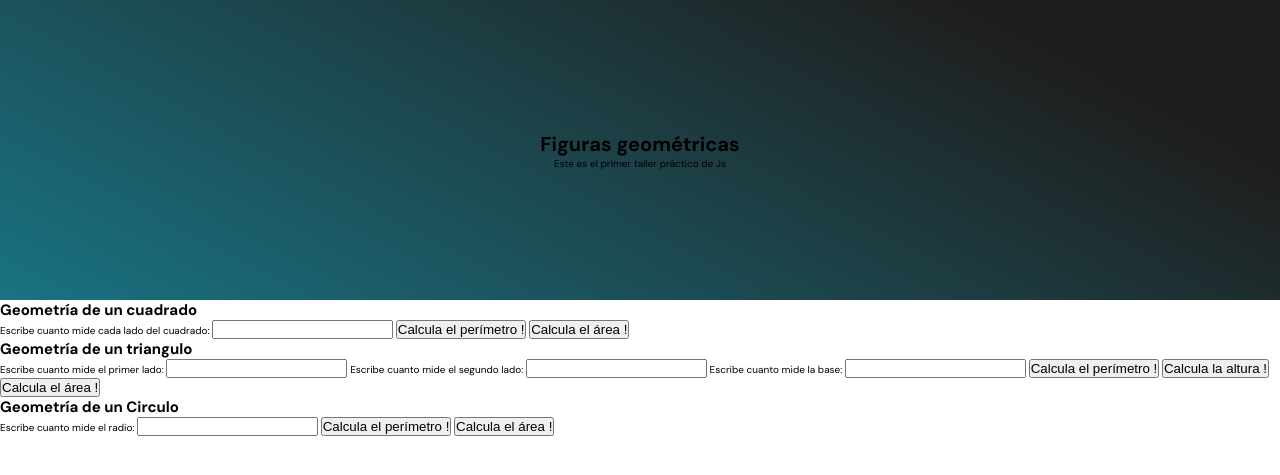
Repository: ChristianGecchelin/javascript-project
Page: javascript-project/figuras-geometricas/figuras.html
These files come from the project's save history. The page is drawn as it stood at one moment and after the next save; the edit follows.
The browser window is 1280 px wide. The pictures show the whole page.

Above is the page before, as saved 2021-12-01 21:20:16.

### javascript-project/figuras-geometricas/figuras.html
<!DOCTYPE html>
<html lang="en">
  <head>
    <meta charset="UTF-8" />
    <meta http-equiv="X-UA-Compatible" content="IE=edge" />
    <meta name="viewport" content="width=device-width, initial-scale=1.0" />
    <title>Figuras geométricas | Proyecto 1</title>
    <link rel="preconnect" href="https://fonts.googleapis.com" />
    <link rel="preconnect" href="https://fonts.gstatic.com" crossorigin />
    <link
      href="https://fonts.googleapis.com/css2?family=DM+Sans:wght@400;500;700&family=Inter:wght@300;500&display=swap"
      rel="stylesheet"
    />
    <link rel="stylesheet" href="./style.css" />
  </head>
  <body>
    <header>
      <div class="header--title-container">
        <h1>Figuras geométricas</h1>
        <p>Este es el primer taller práctico de Js</p>
      </div>
    </header>
    <section>
      <h2>Geometría de un cuadrado</h2>
      <form action="">
        <label for="">Escribe cuanto mide cada lado del cuadrado:</label>
        <input type="number" id="inputCuadrado" />
        <button type="button" onclick="calcularPerimetroCuadrado()">
          Calcula el perímetro !
        </button>
        <button type="button" onclick="calcularAreaCuadrado()">
          Calcula el área !
        </button>
        <!-- type button, para quitarle el submit por defecto y que no me redireccione a ningun lado -->
      </form>
    </section>
    <section>
      <h2>Geometría de un triangulo</h2>
      <form action="">
        <label for="">Escribe cuanto mide el primer lado:</label>
        <input type="number" id="inputLado1" />
        <label for="">Escribe cuanto mide el segundo lado:</label>
        <input type="number" id="inputLado2" />
        <label for="">Escribe cuanto mide la base:</label>
        <input type="number" id="inputBase" />
        <button type="button" onclick="calcularPerimetroTriangulo()">
          Calcula el perímetro !
        </button>
        <button type="button" onclick="calcularAlturaTriangulo()">
          Calcula la altura !
        </button>
        <button type="button" onclick="calcularAreaTriangulo()">
          Calcula el área !
        </button>
        <!-- type button, para quitarle el submit por defecto y que no me redireccione a ningun lado -->
      </form>
    </section>
    <section>
      <h2>Geometría de un Circulo</h2>
      <form action="">
        <label for="">Escribe cuanto mide el radio:</label>
        <input type="number" id="inputRadio" />
        <button type="button" onclick="calcularPerimetroCirculo()">
          Calcula el perímetro !
        </button>
        <button type="button" onclick="calcularAreaCirculo()">
          Calcula el área !
        </button>
        <!-- type button, para quitarle el submit por defecto y que no me redireccione a ningun lado -->
      </form>
    </section>
    <script src="./figurasConFunciones.js"></script>
  </body>
</html>

### javascript-project/figuras-geometricas/style.css
* {
  box-sizing: border-box;
  margin: 0;
  padding: 0;
}
html {
  font-size: 62.5%;
  font-family: "DM Sans", sans-serif;
}
header {
  position: relative;
  display: flex;
  flex-direction: column;
  justify-content: center;
  width: 100%;
  min-width: 320px;
  height: 300px;
  text-align: center;
  background: linear-gradient(207.8deg, #1f1d1c 16.69%, #197383 100%);
}
header .header--title-container {
}

### javascript-project/figuras-geometricas/figurasConFunciones.js
/* Codigo del cuadrado */
console.group("Cuadrado");
function perimetroCuadrado(lado) {
  return lado * 4;
}
/* console.log(`Perimetro del cuadrado es: ${perimetroCuadrado} cm.`); */
function areaCuadrado(lado) {
  return (
    lado ** 2
  ); /* debe estar escrito de igual manera el parametro que el return */
}

/* console.log(`El area del cuadrado es: ${areaCuadrado} cm^2.`); */
console.groupEnd();

/* Codigo del triangulo */
console.group("Triangulo");

function perimetroTriangulo(lado1, lado2, base) {
  return lado1 + lado2 + base;
}
function calcularAltura(lado1, lado2, lado3) {
  let ladosIguales;
  let ladoBase;
  let altura;

  if (
    lado1 + lado2 <= lado3 ||
    lado1 + lado3 <= lado2 ||
    lado2 + lado3 <= lado1
  ) {
    alert(
      "En un triangulo la base no puede ser mayor a la suma de sus catetos"
    );
  } else {
    switch (true) {
      case lado1 === lado2:
        ladosIguales = lado1;
        ladoBase = lado3;
        break;
      case lado1 === lado3:
        ladosIguales = lado1;
        ladoBase = lado2;
        break;
      case lado3 === lado2:
        ladosIguales = lado2;
        ladoBase = lado1;
        break;
    }
    if (!ladosIguales) {
      alert("Tu triangulo no es isosceles, ingresa la altura");
    } else {
      altura = Math.sqrt(ladosIguales ** 2 - ladoBase ** 2 / 4);
    }
  }
  return ladosIguales, ladoBase, altura;
}
function areaTriangulo(ladoBase, altura) {
  return (
    (ladoBase * altura) / 2
  ); /* tengo que llamar a la funcion altura para pasarle el dato */
}
console.groupEnd();

//Codigo Circulo
console.group("Circulo");
function diametroCirculo(radio) {
  return radio * 2;
}
const pi = Math.PI;
function circunferencia(radio) {
  const diametro = diametroCirculo(radio);
  /* llamo a una funcion dentro de otra y creo una variable que tiene alcance local */
  return diametro * pi;
}
function superficieCirculo(radio) {
  return pi * radio ** 2;
}

console.groupEnd();
/* Creo una funcion, que a traves del id obtengo lo que el usuario ingreso en el input. y con eso le saco el value que le paso
a la funcion que cree antes y es la encargada de hacer el calculo para luego mostrarse en un aler */
function calcularPerimetroCuadrado() {
  const input = document.getElementById("inputCuadrado");
  const value = input.value;
  const perimetro = perimetroCuadrado(value);
  alert(perimetro);
}
function calcularAreaCuadrado() {
  const input = document.getElementById("inputCuadrado");
  const value = input.value;
  const area = areaCuadrado(value);
  alert(area);
}

function calcularPerimetroTriangulo() {
  const inputLado1 = document.getElementById("inputLado1");
  const valueLado1 = Number(inputLado1.value);
  const inputLado2 = document.getElementById("inputLado2");
  const valueLado2 = Number(inputLado2.value);
  const inputBase = document.getElementById("inputBase");
  const valueBase = Number(inputBase.value);
  /* Es importante ponerle number porque por mas que el input tenga type number, este lo transforma como un string */
  const perimetro = perimetroTriangulo(valueLado1, valueLado2, valueBase);
  alert(perimetro);
}

function calcularAlturaTriangulo() {
  const inputLado1 = document.getElementById("inputLado1");
  const valueLado1 = Number(inputLado1.value);
  const inputLado2 = document.getElementById("inputLado2");
  const valueLado2 = Number(inputLado2.value);
  const inputBase = document.getElementById("inputBase");
  const valueBase = Number(inputBase.value);
  const alturaTriangulo = calcularAltura(valueLado1, valueLado2, valueBase);
  alert(alturaTriangulo);
}

function calcularAreaTriangulo() {
  /* const inputAltura = document.getElementById("inputAltura");
  const valueAltura = Number(inputAltura.value);
  const inputBase = document.getElementById("inputBase");
  const valueBase = inputBase.value;
  const area = areaTriangulo(valueAltura, valueBase);
  alert(area); */
  const inputLado1 = document.getElementById("inputLado1");
  const valueLado1 = Number(inputLado1.value);
  const inputLado2 = document.getElementById("inputLado2");
  const valueLado2 = Number(inputLado2.value);
  const inputBase = document.getElementById("inputBase");
  const valueBase = Number(inputBase.value);
  const altura = calcularAltura(valueLado1, valueLado2, valueBase);
  const area = areaTriangulo(valueBase, altura);
  alert(area);
}

function calcularPerimetroCirculo() {
  const inputRadio = document.getElementById("inputRadio");
  const valueRadio = inputRadio.value;
  const perimetro = circunferencia(valueRadio);
  alert(perimetro);
}
function calcularAreaCirculo() {
  const inputRadio = document.getElementById("inputRadio");
  const valueRadio = inputRadio.value;
  const superficie = superficieCirculo(valueRadio);
  alert(superficie);
}

After the next save:
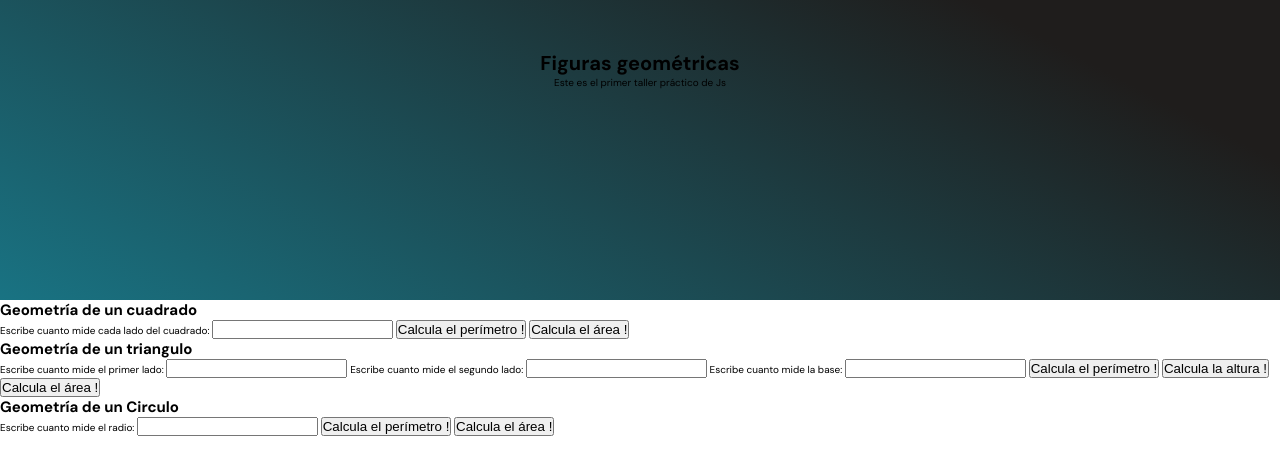
Saved 27 s later.
--- a/javascript-project/figuras-geometricas/style.css
+++ b/javascript-project/figuras-geometricas/style.css
@@ -19,4 +19,10 @@ header {
   background: linear-gradient(207.8deg, #1f1d1c 16.69%, #197383 100%);
 }
 header .header--title-container {
+  width: 90%;
+  min-width: 288px;
+  max-width: 900px;
+  height: 200px;
+  text-align: center;
+  align-self: center;
 }
